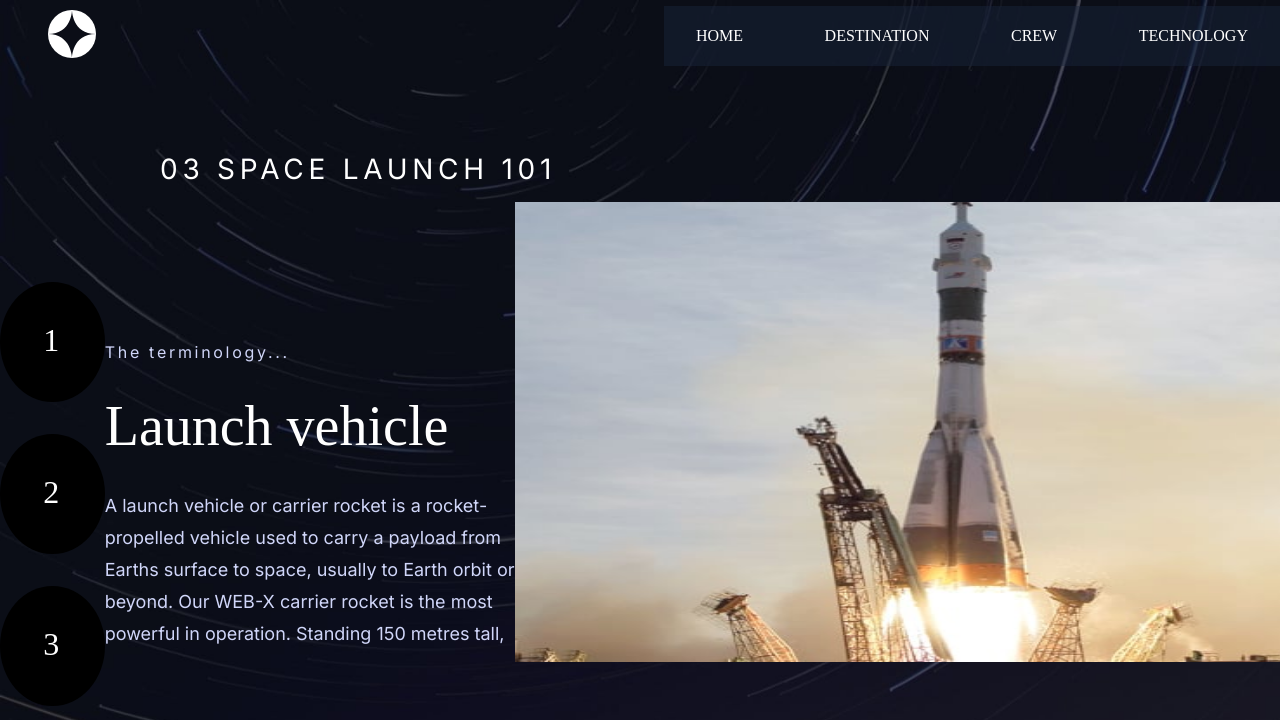
Repository: nilesjamex/space
Page: /Technology
These files come from the project's save history. The page is drawn as it stood at one moment and after the next save; the edit follows.
The browser window is 1280 px wide. The pictures show the whole page.
Some web fonts or font styles are not loaded; a fallback is used. The project was rebuilt for these pictures with package versions that can differ from the ones it lists, and the page was loaded fresh each time. The framework's server and built-in components were replaced by stand-ins that run in the browser. Also part of the build but not shown: next.config.js.

Above is the page before, as saved 2022-01-09 00:02:22.

After the next save:
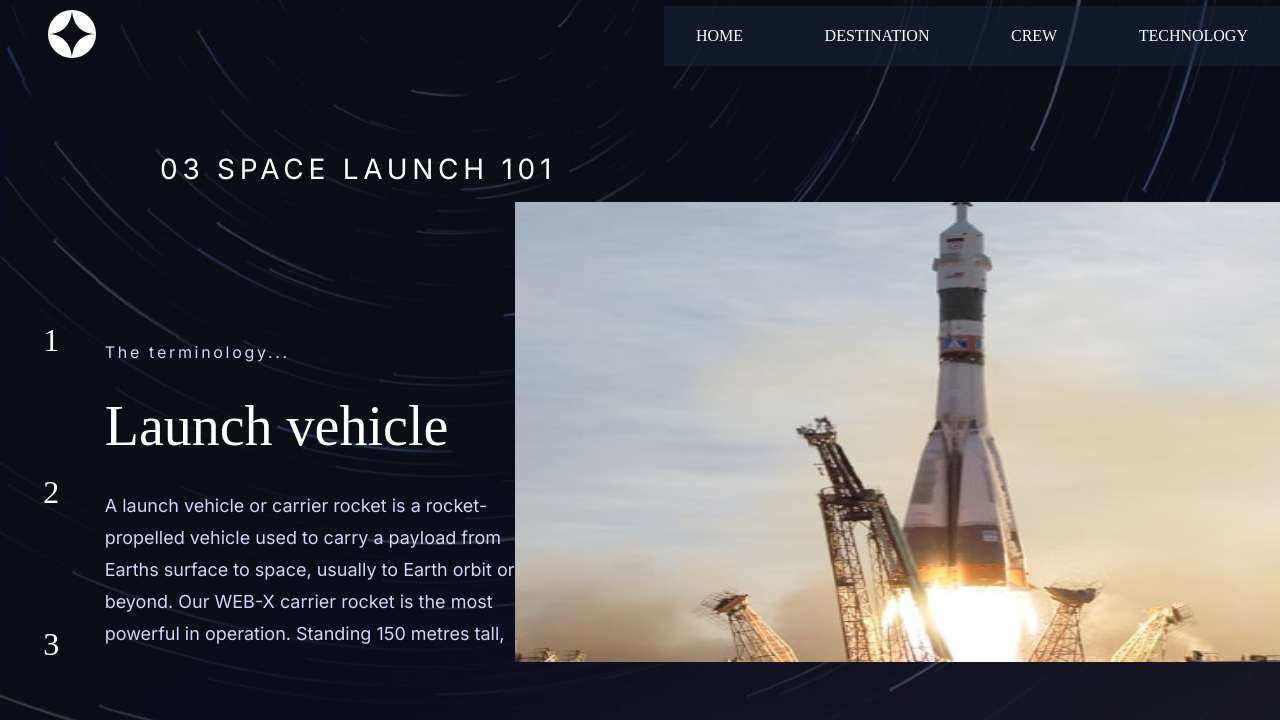
Saved 29 s later.
--- a/Components/Technology/Tech1/Tech.module.css
+++ b/Components/Technology/Tech1/Tech.module.css
@@ -12,8 +12,8 @@
     height: 120px;
     margin: 1rem 0;
     border-radius: 70%;
-    background-color: #000;
-    border-left: #000;
+    background-color: transparent;
+    border: #000;
     font-family: 'Bellefair', serif;
     font-style: normal;
     font-weight: normal;
